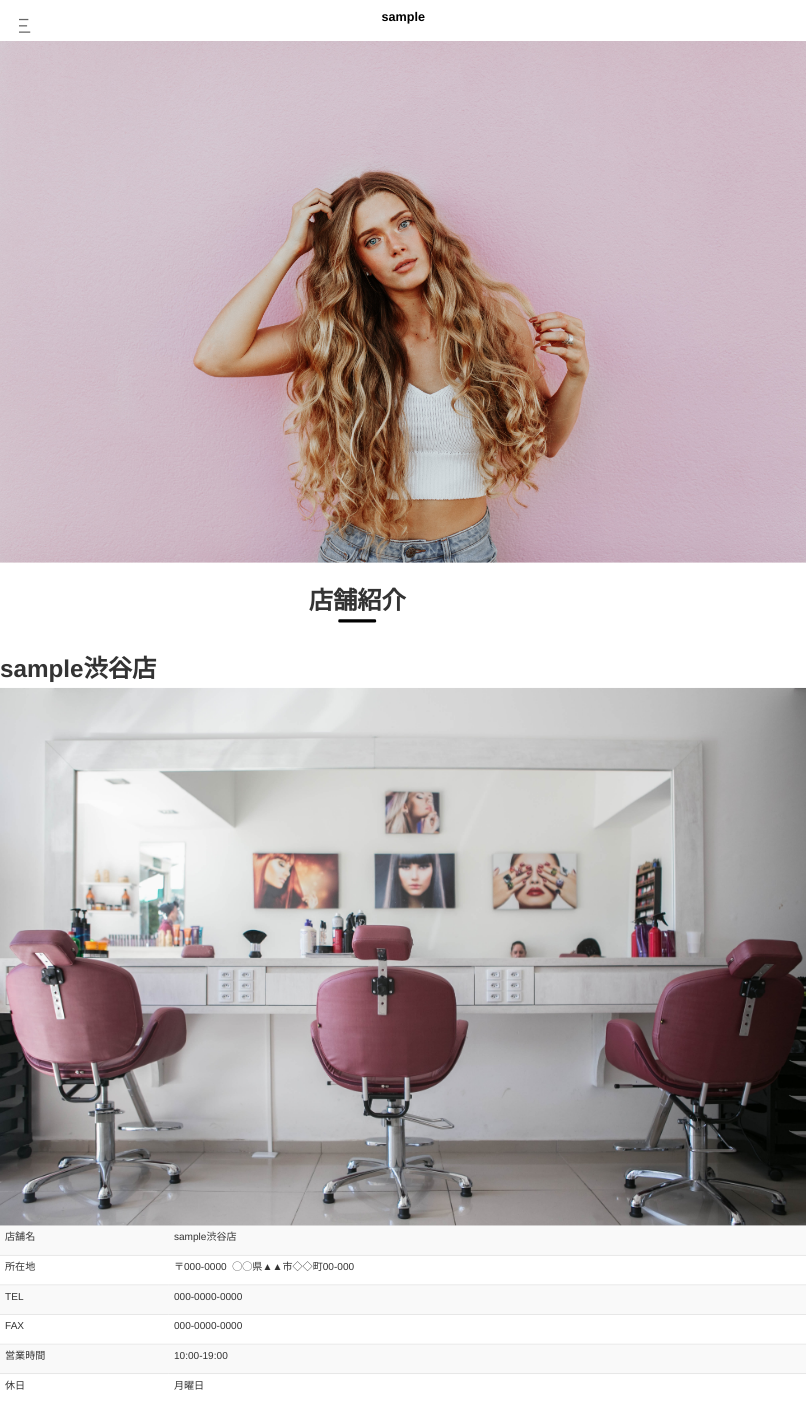
Repository: hayashikazuki/side_job_tenp_hayashi
Page: salon-tenp/profile.html
The author's editor kept a record of every edit. The page is drawn from the files as they stood at one moment, then again after the next edit.
The browser window is 1280 px wide. The pictures show the whole page, at 63% of full size.
Some web libraries are served in a nearby version.

Above is the page before.

After the next edit:
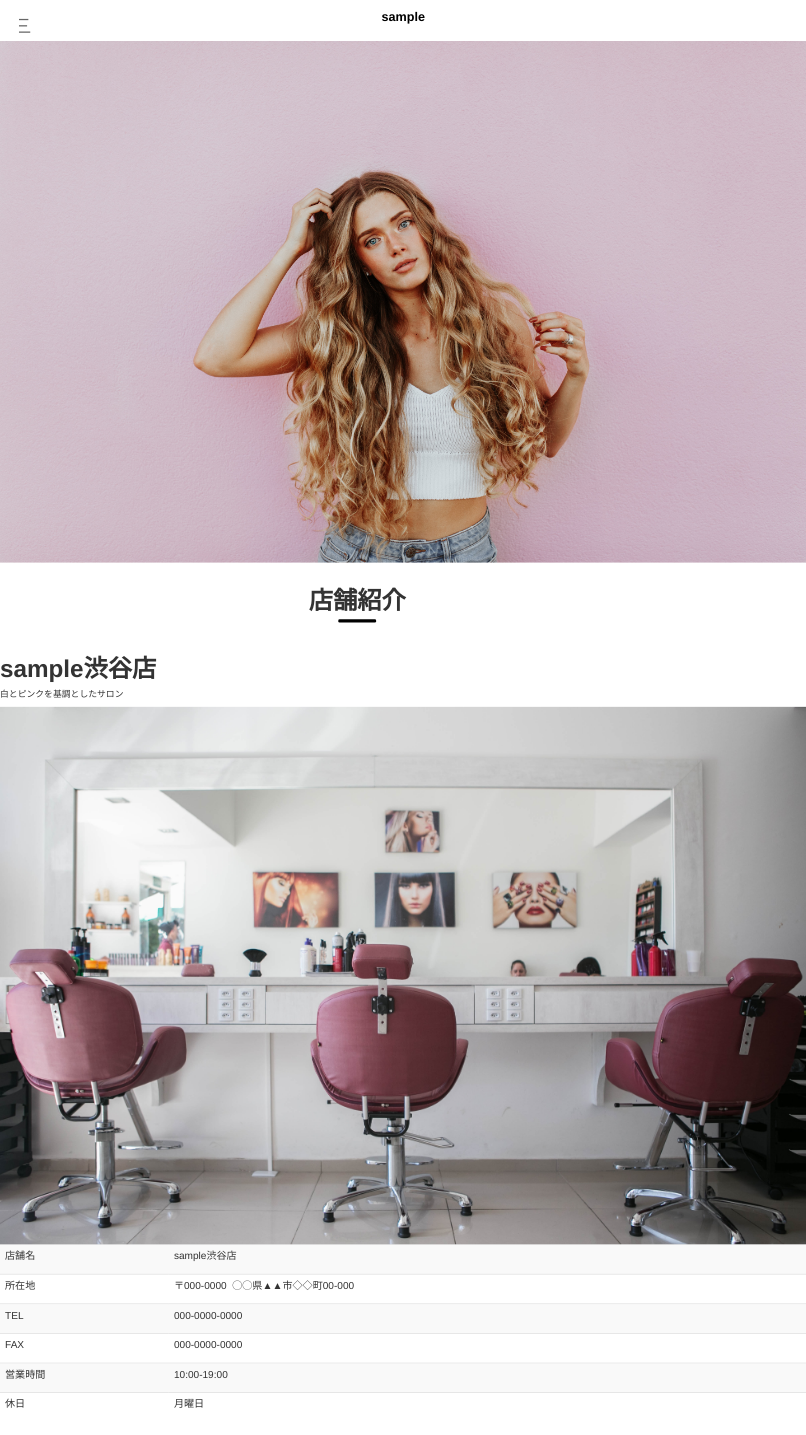
The edit:
--- a/salon-tenp/profile.html
+++ b/salon-tenp/profile.html
@@ -50,7 +50,7 @@
 
         <section class="shop-info">
             <h1>sample渋谷店</h1>
-            <p></p>
+            <p>白とピンクを基調としたサロン</p>
 
             <div class="shop-img">
                 <img src="./salon-img/guilherme-petri-PtOfbGkU3uI-unsplash.jpg">
